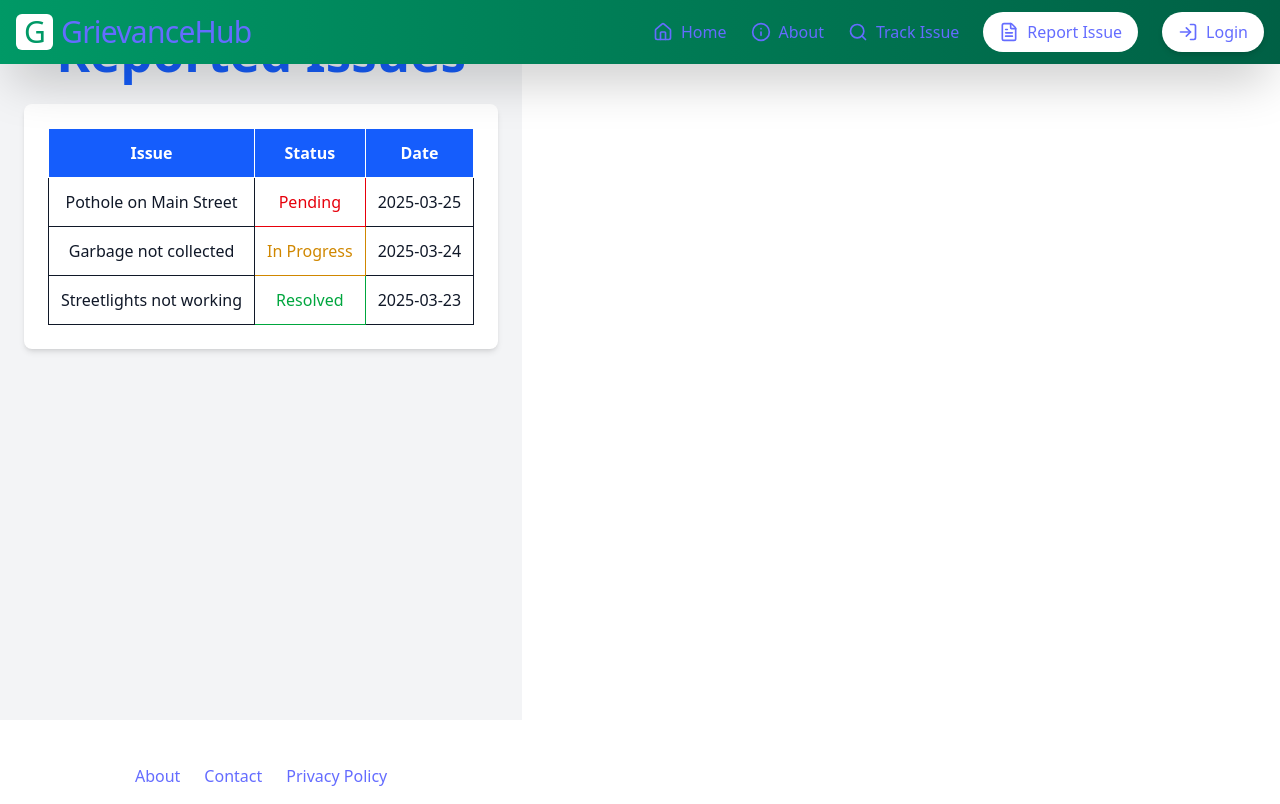
Repository: Aishi4/Grievance-Hub
Page: /report (app in my-vite-Griv/)
These files come from the project's save history. The page is drawn as it stood at one moment and after the next save; the edit follows.
The browser window is 1280 px wide. The pictures show the whole page.
The project was rebuilt for these pictures with package versions that can differ from the ones it lists, and the page was loaded fresh each time. Also part of the build but not shown: my-vite-Griv/vite.config.js, my-vite-Griv/src/Home.jsx, my-vite-Griv/src/ReportSubmit.jsx, my-vite-Griv/src/App.jsx, my-vite-Griv/src/About.jsx, my-vite-Griv/src/TrackIssue.jsx.

Above is the page before, as saved 2025-03-27 20:52:24.

### my-vite-Griv/src/main.jsx
import { StrictMode } from 'react'
import { createRoot } from 'react-dom/client'
import './index.css'
import App from './App.jsx'
import { Route,createBrowserRouter, createRoutesFromElements, RouterProvider } from 'react-router'
import Layout from './Layout.jsx'
import Home from './Home.jsx'
import Report from './Report.jsx'
import About from './About.jsx'
import TrackIssue from './TrackIssue.jsx'

const router = createBrowserRouter(
  createRoutesFromElements(
    <Route path='/' element={<Layout />}>
      <Route path="" element={<Home />} />
      <Route path="report" element={<Report />} />
      <Route path="about" element={<About />} />
      <Route path="track" element={<TrackIssue />} />

    </Route>
  )
)

createRoot(document.getElementById('root')).render(
  <StrictMode>




    <RouterProvider router={router} />

  </StrictMode>,
)

### my-vite-Griv/src/Layout.jsx
import React from 'react'
import Navbar from './Navbar'
import Footer from './Footer'
import { Outlet } from 'react-router-dom'

function Layout() {
  return (
    <>
    <Navbar/>
    <main className="flex-grow text-gray-900 dark:text-white dark:bg-gray-900">
                <Outlet />
            </main>
    <Footer />
    </>
  )
}

export default Layout

### my-vite-Griv/src/Report.jsx
import { useState, useEffect } from "react";

const Report = () => {
  const [reports, setReports] = useState([]);

  // Simulating fetching reports from an API
  useEffect(() => {
    const fetchReports = async () => {
      // Replace with actual API call
      const fakeReports = [
        { id: 1, title: "Pothole on Main Street", status: "Pending", date: "2025-03-25" },
        { id: 2, title: "Garbage not collected", status: "In Progress", date: "2025-03-24" },
        { id: 3, title: "Streetlights not working", status: "Resolved", date: "2025-03-23" },
      ];
      setReports(fakeReports);
    };
    fetchReports();
  }, []);

  return (
    <div className="min-h-screen bg-gray-100 p-6">
      <h1 className="text-3xl font-bold text-blue-600 text-center mb-6">Reported Issues</h1>
      <div className="max-w-4xl mx-auto bg-white p-6 rounded-lg shadow-md">
        {reports.length > 0 ? (
          <table className="w-full border-collapse border border-gray-300">
            <thead>
              <tr className="bg-blue-600 text-white">
                <th className="p-3 border">Issue</th>
                <th className="p-3 border">Status</th>
                <th className="p-3 border">Date</th>
              </tr>
            </thead>
            <tbody>
              {reports.map((report) => (
                <tr key={report.id} className="text-center border-b">
                  <td className="p-3 border">{report.title}</td>
                  <td className={`p-3 border ${
                    report.status === "Resolved" ? "text-green-600" :
                    report.status === "In Progress" ? "text-yellow-600" : "text-red-600"
                  }`}>
                    {report.status}
                  </td>
                  <td className="p-3 border">{report.date}</td>
                </tr>
              ))}
            </tbody>
          </table>
        ) : (
          <p className="text-gray-600 text-center">No reports found.</p>
        )}
      </div>
    </div>
  );
};

export default Report;

### my-vite-Griv/src/Navbar.jsx
import React, { useState } from 'react';
import { Link } from "react-router-dom";
import { motion } from "framer-motion";
import { Home, Info, Search, FileText, LogIn } from "lucide-react";

const Navbar = () => {
  const [isHovered, setIsHovered] = useState(null);

  const navItems = [
    {
      to: "/",
      label: "Home",
      icon: Home
    },
    {
      to: "/about",
      label: "About",
      icon: Info
    },
    {
      to: "/track",
      label: "Track Issue",
      icon: Search
    },
    {
      to: "/report",
      label: "Report Issue",
      icon: FileText,
      special: true
    }
  ];

  return (
    <motion.nav
      initial={{ opacity: 0, y: -50 }}
      animate={{ opacity: 1, y: 0 }}
      transition={{ duration: 0.6, type: "spring", stiffness: 50 }}
      className="fixed w-full z-50 bg-gradient-to-r from-emerald-600 to-emerald-800 text-white shadow-2xl"
    >
      <div className="container mx-auto px-4 py-3 flex justify-between items-center">
        {/* Logo with Hover Effect */}
        <motion.div
          whileHover={{ scale: 1.1 }}
          whileTap={{ scale: 0.95 }}
        >
          <Link
            to="/"
            className="text-3xl font-extrabold tracking-tight flex items-center space-x-2"
          >
            <span className="bg-white text-emerald-600 px-2 rounded-md">G</span>
            <span>GrievanceHub</span>
          </Link>
        </motion.div>

        {/* Navigation Links and Login */}
        <div className="flex items-center space-x-6">
          {navItems.map((item, index) => (
            <motion.div
              key={item.to}
              onHoverStart={() => setIsHovered(index)}
              onHoverEnd={() => setIsHovered(null)}
              className="relative"
            >
              <Link
                to={item.to}
                className={`
                  flex items-center space-x-2
                  ${item.special
                    ? 'bg-white text-emerald-600 px-4 py-2 rounded-full'
                    : 'text-white hover:text-emerald-200'}
                  transition-all duration-300
                `}
              >
                <item.icon size={20} />
                <span>{item.label}</span>
              </Link>

              {!item.special && isHovered === index && (
                <motion.div
                  layoutId="underline"
                  className="absolute bottom-[-6px] left-0 right-0 h-1 bg-white rounded-full"
                  initial={{ width: 0 }}
                  animate={{ width: '100%' }}
                />
              )}
            </motion.div>
          ))}

          {/* Login Button */}
          <motion.div
            whileHover={{ scale: 1.05 }}
            whileTap={{ scale: 0.95 }}
          >
            <Link
              to="/login"
              className="flex items-center space-x-2 bg-white text-emerald-700 px-4 py-2 rounded-full font-semibold shadow-md hover:bg-emerald-50 transition-all duration-300"
            >
              <LogIn size={20} />
              <span>Login</span>
            </Link>
          </motion.div>
        </div>
      </div>
    </motion.nav>
  );
};

export default Navbar;

### my-vite-Griv/src/Footer.jsx
const Footer = () => {
    return (
      <footer className="bg-emrald-600 text-white py-4  text-center">
        <div className="container mx-auto">
          <p className="text-sm">&copy; {new Date().getFullYear()} GrievanceHub. All rights reserved.</p>
          <div className="flex justify-center space-x-6 mt-2">
            <a href="/about" className="hover:underline">About</a>
            <a href="/contact" className="hover:underline">Contact</a>
            <a href="/privacy" className="hover:underline">Privacy Policy</a>
          </div>
        </div>
      </footer>
    );
  };

  export default Footer;

Loaded but not shown: my-vite-Griv/index.html (common file); my-vite-Griv/src/index.css (common file)

After the next save:
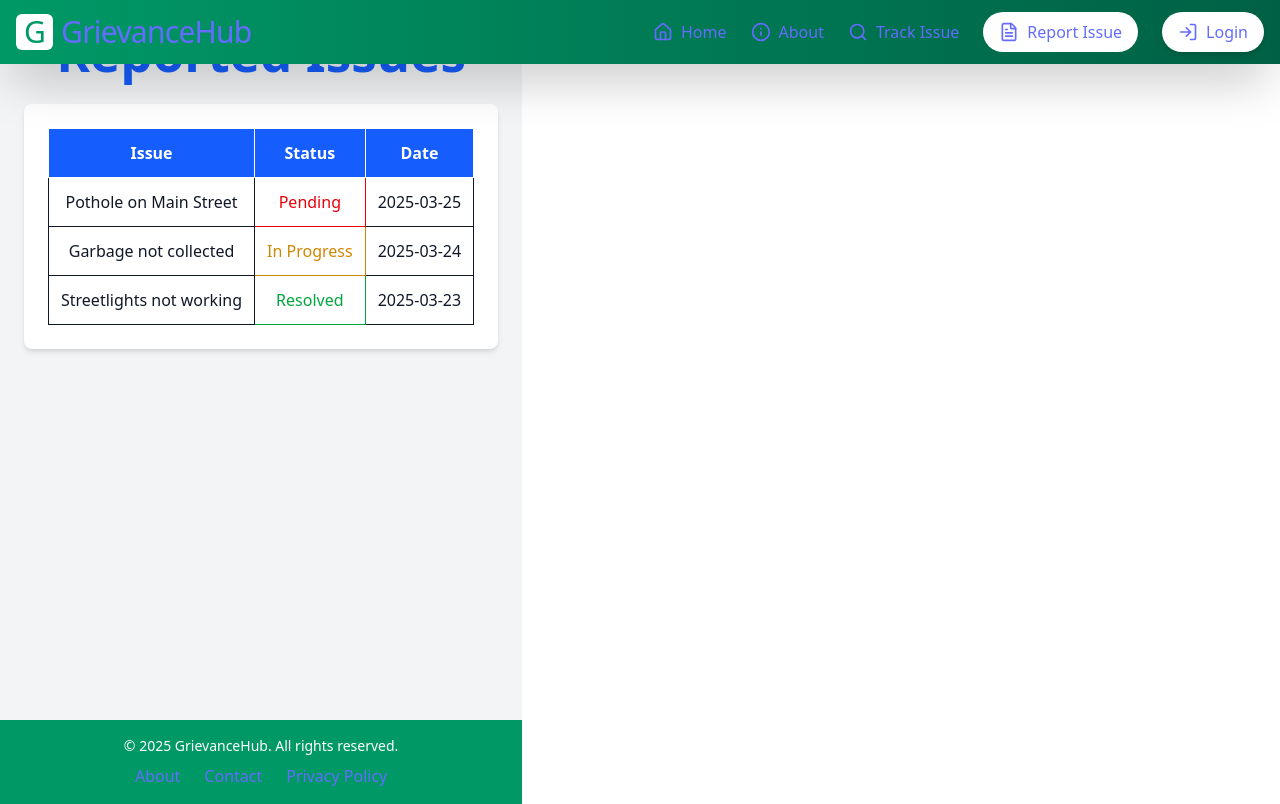
Saved 21 s later.
--- a/my-vite-Griv/src/Footer.jsx
+++ b/my-vite-Griv/src/Footer.jsx
@@ -1,6 +1,6 @@
 const Footer = () => {
     return (
-      <footer className="bg-emrald-600 text-white py-4  text-center">
+      <footer className="bg-emerald-600 text-white py-4  text-center">
         <div className="container mx-auto">
           <p className="text-sm">&copy; {new Date().getFullYear()} GrievanceHub. All rights reserved.</p>
           <div className="flex justify-center space-x-6 mt-2">
